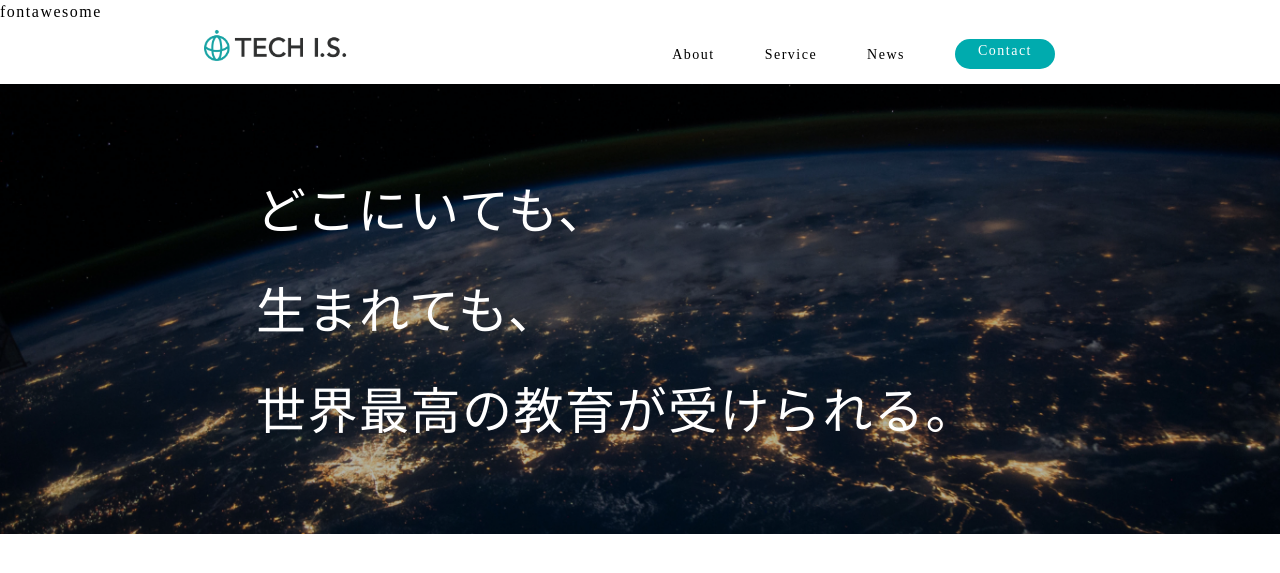
Repository: ryunoesta/lp-techis
Page: indx.html
These files come from the project's save history. The page is drawn as it stood at one moment and after the next save; the edit follows.
The browser window is 1280 px wide. The pictures show the whole page.

Above is the page before, as saved 2022-06-12 17:06:25.

After the next save:
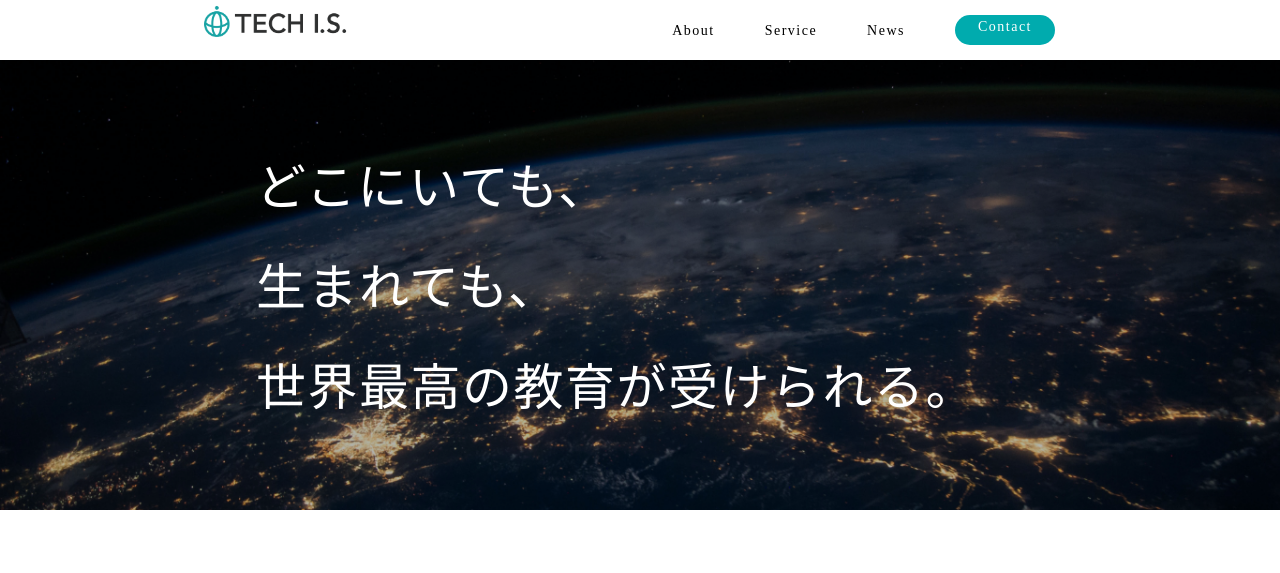
Saved 4 s later.
--- a/indx.html
+++ b/indx.html
@@ -8,7 +8,7 @@
     <link rel="stylesheet" href="./CSS/reset.css">
     <!-- style css -->
     <link rel="stylesheet" href="./CSS/style.css">
-    fontawesome
+    <!-- fontawesome -->
     <link rel="stylesheet" href="https://use.fontawesome.com/releases/v5.15.1/css/all.css">
     <title>プログラミングスクール テックアイエス</title>
 </head>
